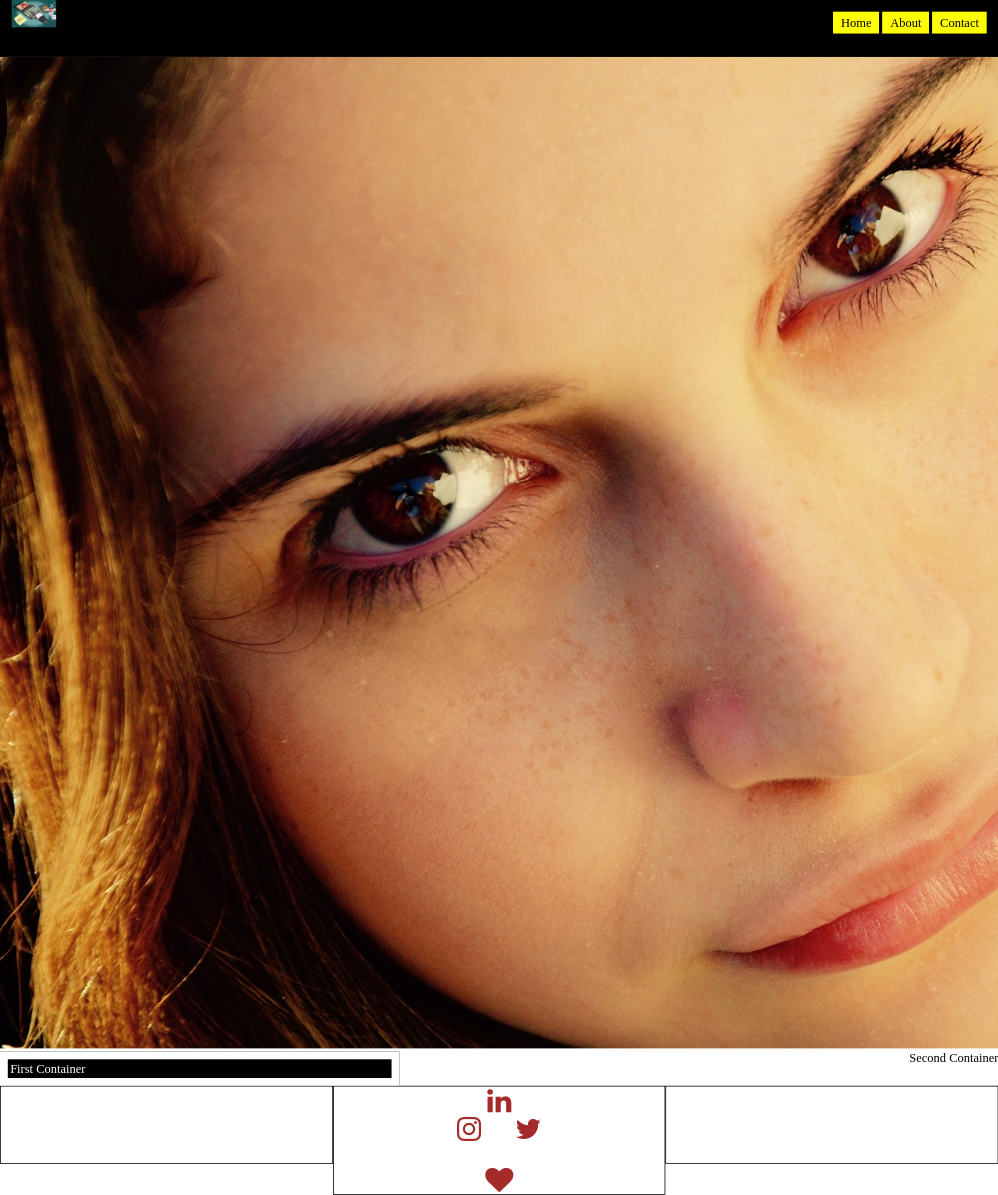
Repository: bitmogram/practicingcards
Page: about.html
The author's editor kept a record of every edit. The page is drawn from the files as they stood at one moment, then again after the next edit.
The browser window is 1280 px wide. The pictures show the whole page, at 78% of full size.

Above is the page before.

After the next edit:
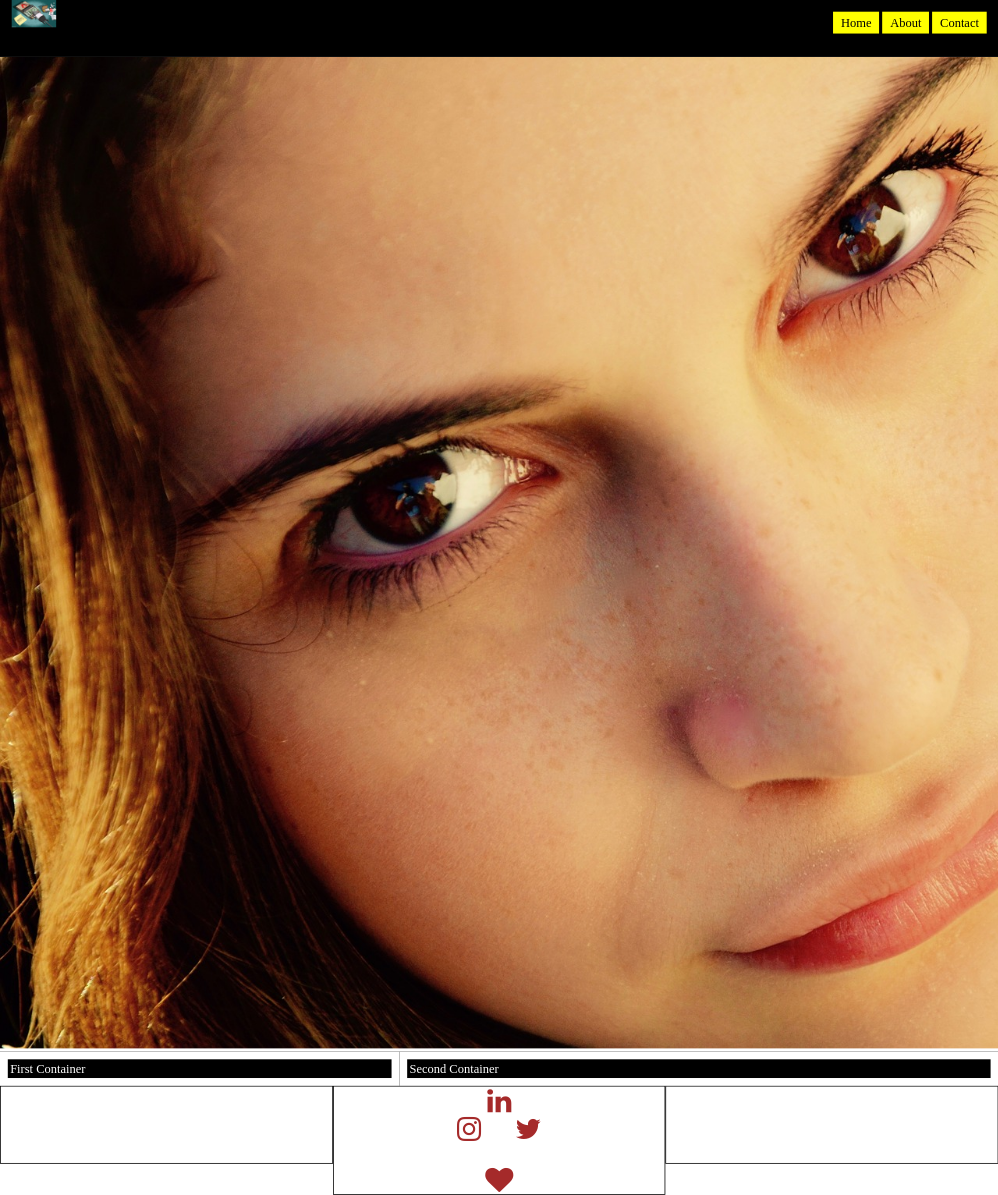
The edit:
--- a/about.html
+++ b/about.html
@@ -35,7 +35,7 @@
 		<div class="about-child-one pull-left">First Container
 		</div>
 
-		<div class="about-child pull-right">Second Container
+		<div class="about-child-two">Second Container
 		</div>
 	</main>
 
